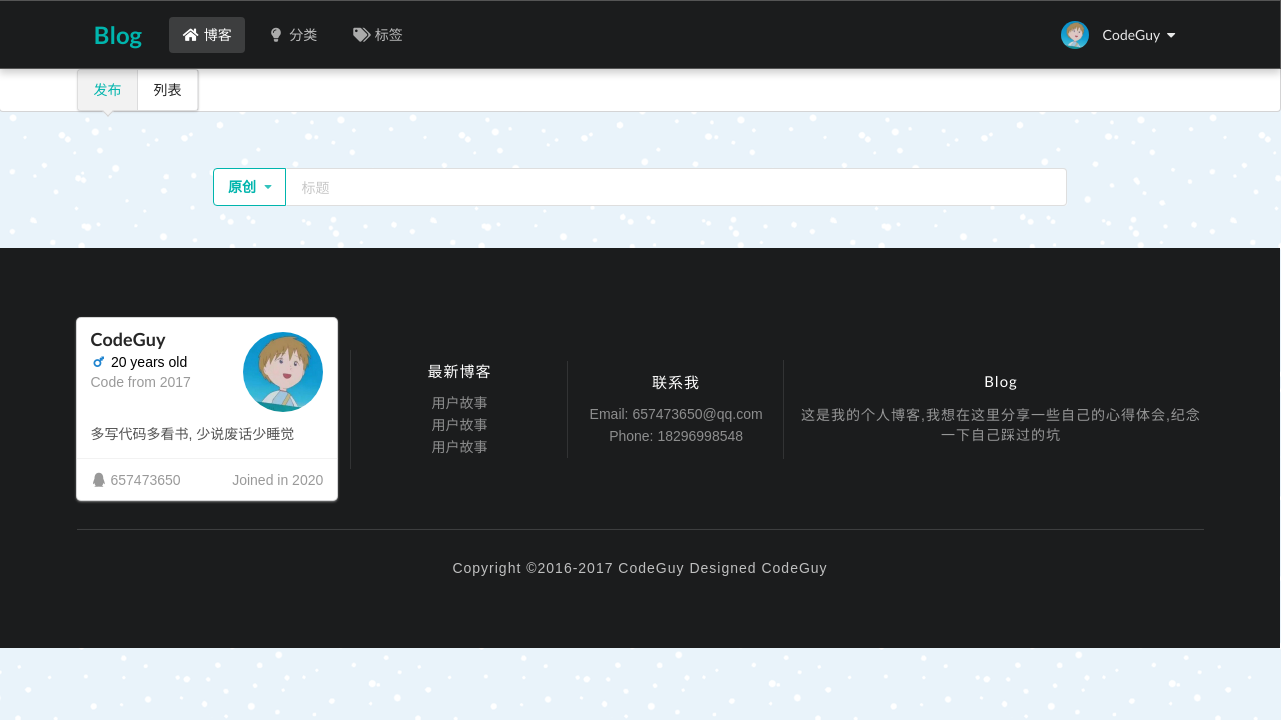
Repository: GOGOHQ/myblog
Page: admin/blog_input.html
An editor plug-in stored every save of this project. The page is shown before and after the next save, followed by the edit.
The browser window is 1280 px wide. The page is 1281 px wide, so the pictures cover 1281 px, including what lies to the right of the window. The pictures show the whole page.
Some web libraries are served in a nearby version.

Above is the page before, as saved 2020-01-19 09:03:14.

After the next save:
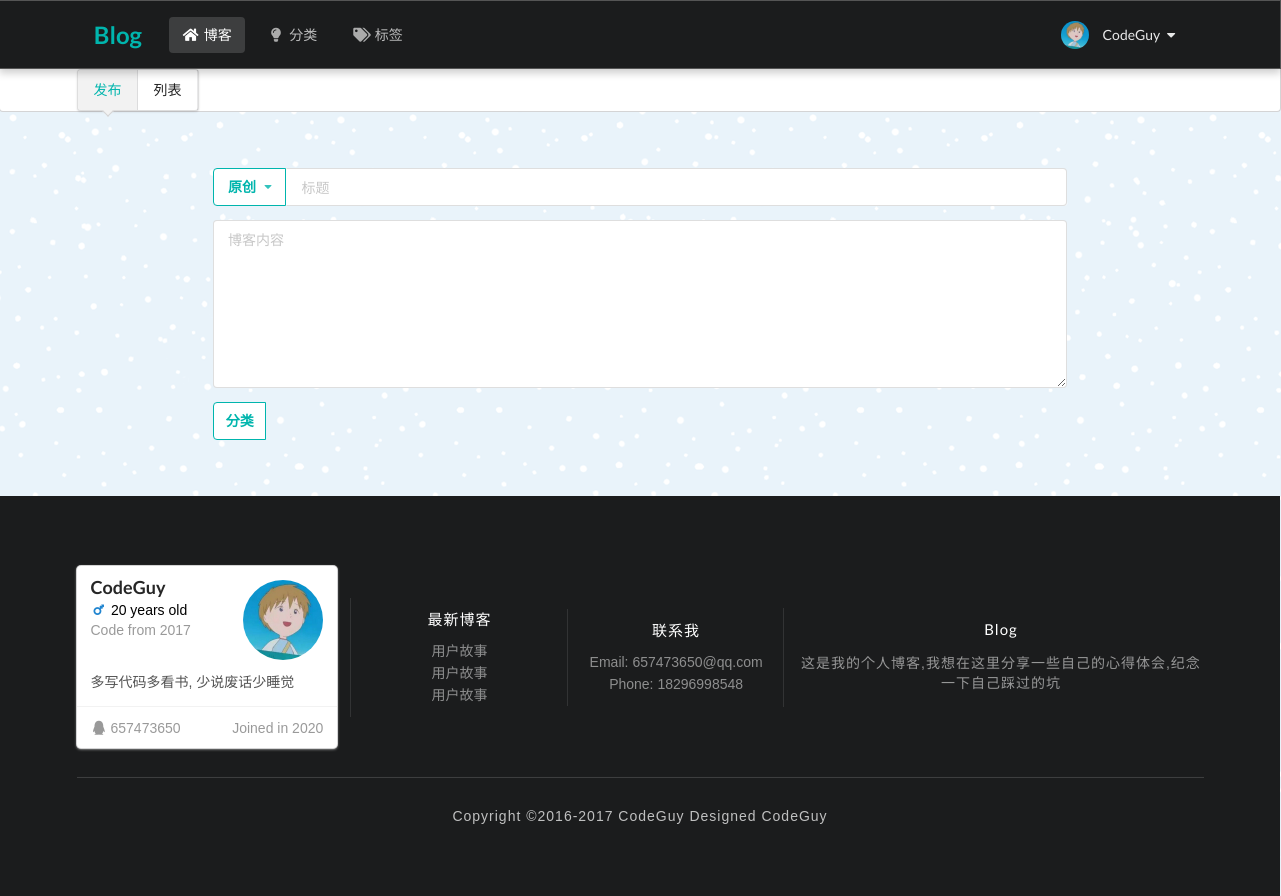
Saved 2 min 45 s later.
--- a/admin/blog_input.html
+++ b/admin/blog_input.html
@@ -64,7 +64,17 @@
                     </div>
                     <input type="text" name="title" placeholder="标题">
                 </div>
-
+            </div>
+            <div class="field">
+                <textarea placeholder="博客内容" name="content"></textarea>
+            </div>
+            <div class="two fileds">
+                <div class="field">
+                    <div class="ui left labeled input">
+                        <label class="ui compact teal basic label">分类</label>
+                    </div>
+                </div>
+                <div class="field"></div>
             </div>
         </form>
     </div>
